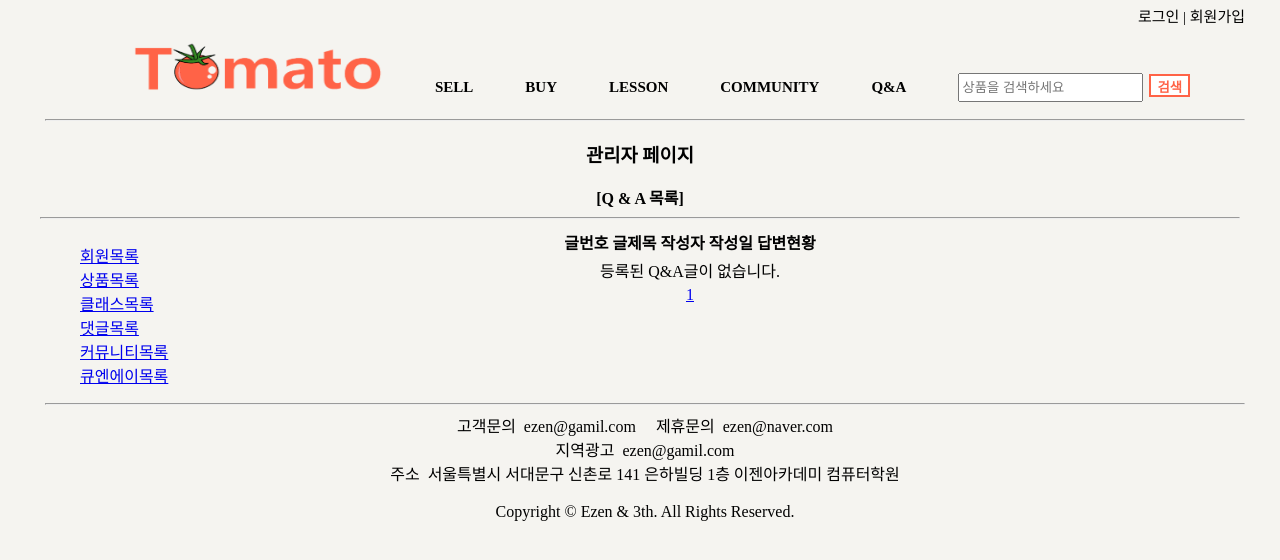
Repository: javadogfoot/semi-project
Page: http://localhost/tomato/qnaList_admin2.jsp
An editor plug-in stored every save of this project. The page is shown before and after the next save, followed by the edit.
The browser window is 1280 px wide. The pictures show the whole page.
The page is served by Tomcat 9. Queries for data that is not in the repository find no rows.

Above is the page before, as saved 2021-10-13 06:42:27.

After the next save:
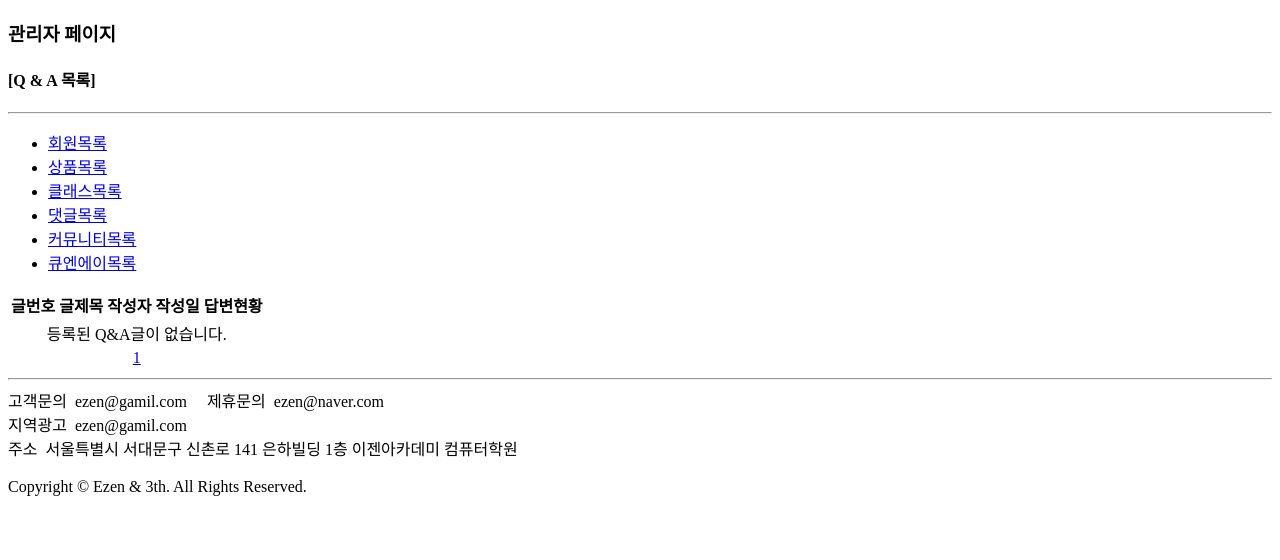
Saved 13 min 23 s later.
--- a/semi프로젝트워크스페이스/tomato/src/main/webapp/qnaList_admin2.jsp
+++ b/semi프로젝트워크스페이스/tomato/src/main/webapp/qnaList_admin2.jsp
@@ -8,31 +8,6 @@
 <head>
 <meta charset="UTF-8">
 <title>Insert title here</title>
-<link rel="stylesheet" type="text/css" href="/tomato/css/mainLayout.css">
-<style>
-h3{
-   text-align: center;
-}
-fieldset{
-   width: 550px;
-   margin: 0px auto;
-}
-table{
-   margin:0px auto;
-}
-li {
-   list-style-type: none;
-}
-h4 {
-   text-align: center;
-   margin: 0px auto;
-}
-aside {
-
-  width:100px;
-  float:left;
-}
-</style>
 </head>
 <%
 int totalCnt=qdao.getTotalCnt();//총게시물 수
@@ -54,9 +29,6 @@ int userGroup=cp/pageSize;
 if(cp%pageSize==0)userGroup--;
 %>
 <body>
-<%@include file="/header.jsp" %>
-<header>
-</header>
 <section>
    <article>
       <h3>관리자 페이지</h3>
